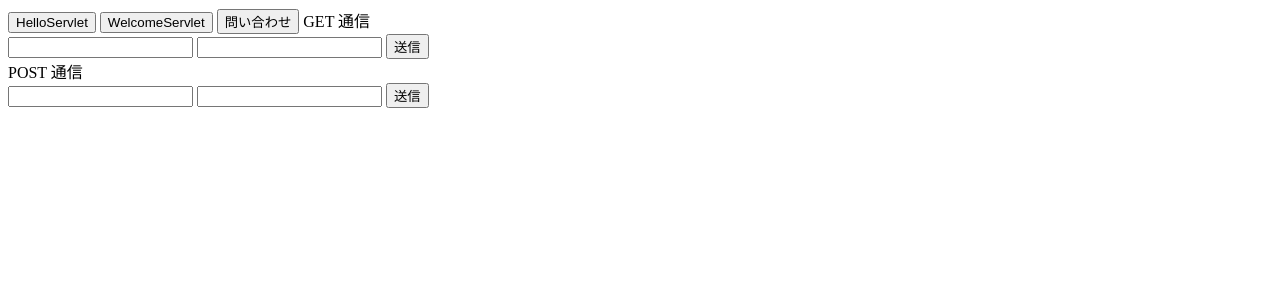
Repository: ohaten/test
Page: http://localhost/HelloServlet/
These files come from the project's save history. The page is drawn as it stood at one moment and after the next save; the edit follows.
The browser window is 1280 px wide. The pictures show the whole page.
The page is served by Tomcat 9.

Above is the page before, as saved 2019-03-03 04:33:25.

After the next save:
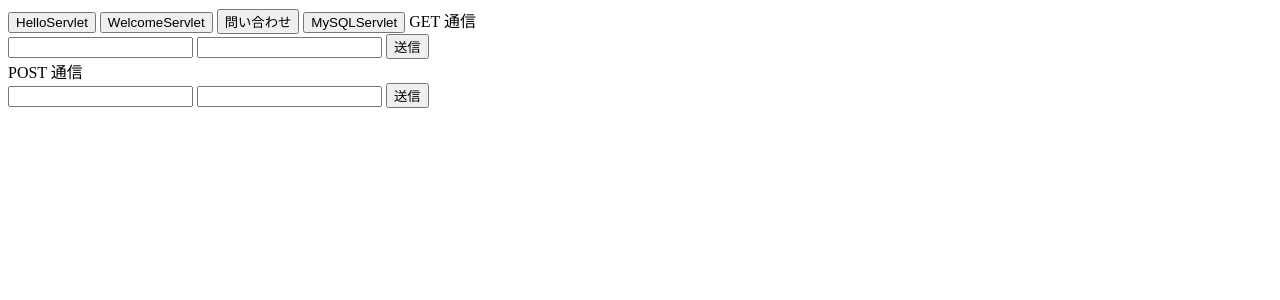
Saved 22 h 24 min later.
--- a/HelloServlet/WebContent/index.jsp
+++ b/HelloServlet/WebContent/index.jsp
@@ -10,6 +10,7 @@
 <input type="button" value="HelloServlet" onclick="location.herf='HelloServlet'">
 <input type="button" value="WelcomeServlet" onClick="location.href='welcome.jsp'">
 <input type="button" value="問い合わせ" onClick="location.href='inquiry.jsp'">
+<input type="button" value="MySQLServlet" onClick="location.href='MySQLServlet'">
 GET 通信
 <form method="get" action="TestServlet">
 <input type="text" name="username">
